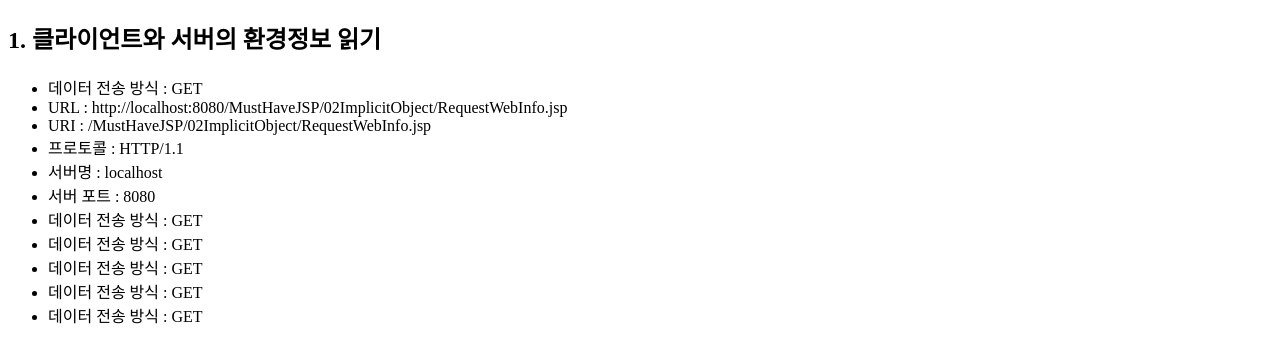
Repository: iamstudybox00/JSP_Servlet
Page: http://localhost/MustHaveJSP/02ImplicitObject/RequestWebInfo.jsp
The author's editor kept a copy of each file at every save. The page is drawn from the files as they stood at one save, then again after the next save.
The browser window is 1280 px wide. The pictures show the whole page.
The page is served by Tomcat 10. Other server files are loaded and not shown.

Above is the page before, as saved 2025-05-02 06:00:33.

### MustHaveJSP/src/main/webapp/02ImplicitObject/RequestWebInfo.jsp
<%@ page language="java" contentType="text/html; charset=UTF-8"
    pageEncoding="UTF-8"%>
<!DOCTYPE html>
<html>
	<head>
	<title>내장 객체 - request</title>
	</head>
	<body>
		<h2>1. 클라이언트와 서버의 환경정보 읽기</h2>
		<ul>
			<li>데이터 전송 방식 : <%= request.getMethod() %></li>
			<li>URL : <%= request.getRequestURL() %></li>
			<li>URI : <%= request.getRequestURI() %></li>
			<li>프로토콜 : <%= request.getProtocol() %></li>
			<li>서버명 : <%= request.getServerName() %></li>
			<li>서버 포트 : <%= request.getServerPort() %></li>
			<li>데이터 전송 방식 : <%= request.getMethod() %></li>
			<li>데이터 전송 방식 : <%= request.getMethod() %></li>
			<li>데이터 전송 방식 : <%= request.getMethod() %></li>
			<li>데이터 전송 방식 : <%= request.getMethod() %></li>
			<li>데이터 전송 방식 : <%= request.getMethod() %></li>
		</ul>
	</body>
</html>

After the next save:
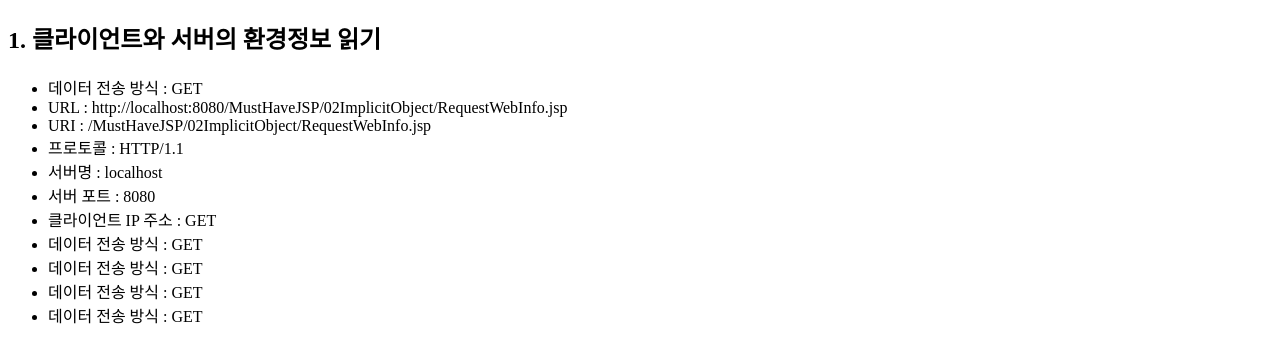
Saved 7 s later.
--- a/MustHaveJSP/src/main/webapp/02ImplicitObject/RequestWebInfo.jsp
+++ b/MustHaveJSP/src/main/webapp/02ImplicitObject/RequestWebInfo.jsp
@@ -14,7 +14,7 @@
 			<li>프로토콜 : <%= request.getProtocol() %></li>
 			<li>서버명 : <%= request.getServerName() %></li>
 			<li>서버 포트 : <%= request.getServerPort() %></li>
-			<li>데이터 전송 방식 : <%= request.getMethod() %></li>
+			<li>클라이언트 IP 주소 : <%= request.getMethod() %></li>
 			<li>데이터 전송 방식 : <%= request.getMethod() %></li>
 			<li>데이터 전송 방식 : <%= request.getMethod() %></li>
 			<li>데이터 전송 방식 : <%= request.getMethod() %></li>
